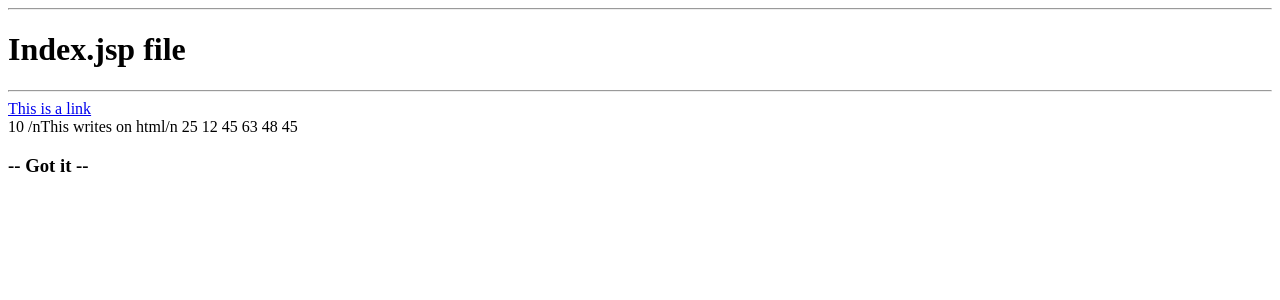
Repository: suraj-repositories/java-practice-2-advance-java-1
Page: http://localhost/Ad_09_JSPuse/
These files come from the project's save history. The page is drawn as it stood at one moment and after the next save; the edit follows.
The browser window is 1280 px wide. The pictures show the whole page.
The page is served by Tomcat 9.

Above is the page before, as saved 2023-07-21 13:36:46.

After the next save:
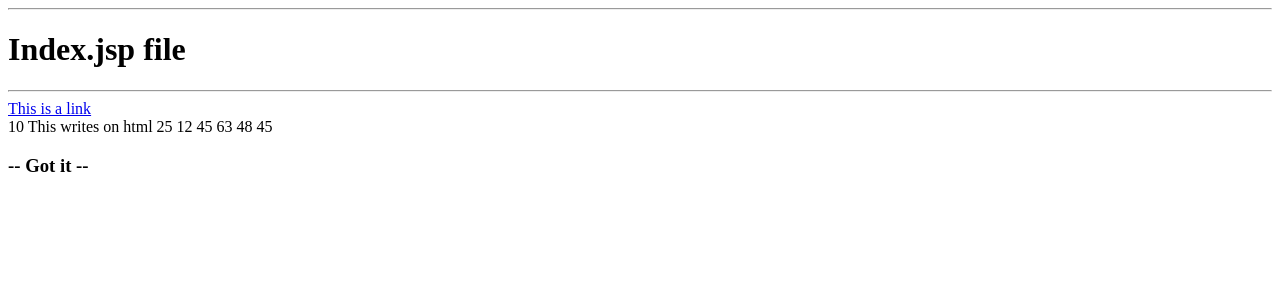
Saved 30 s later.
--- a/Ad_09_JSPuse/src/main/webapp/index.jsp
+++ b/Ad_09_JSPuse/src/main/webapp/index.jsp
@@ -35,7 +35,7 @@
 	System.out.println("sum = " +(i+j));
 
 
-	out.write("/nThis writes on html/n");
+	out.write("This writes on html");
 %>
 
 <%
